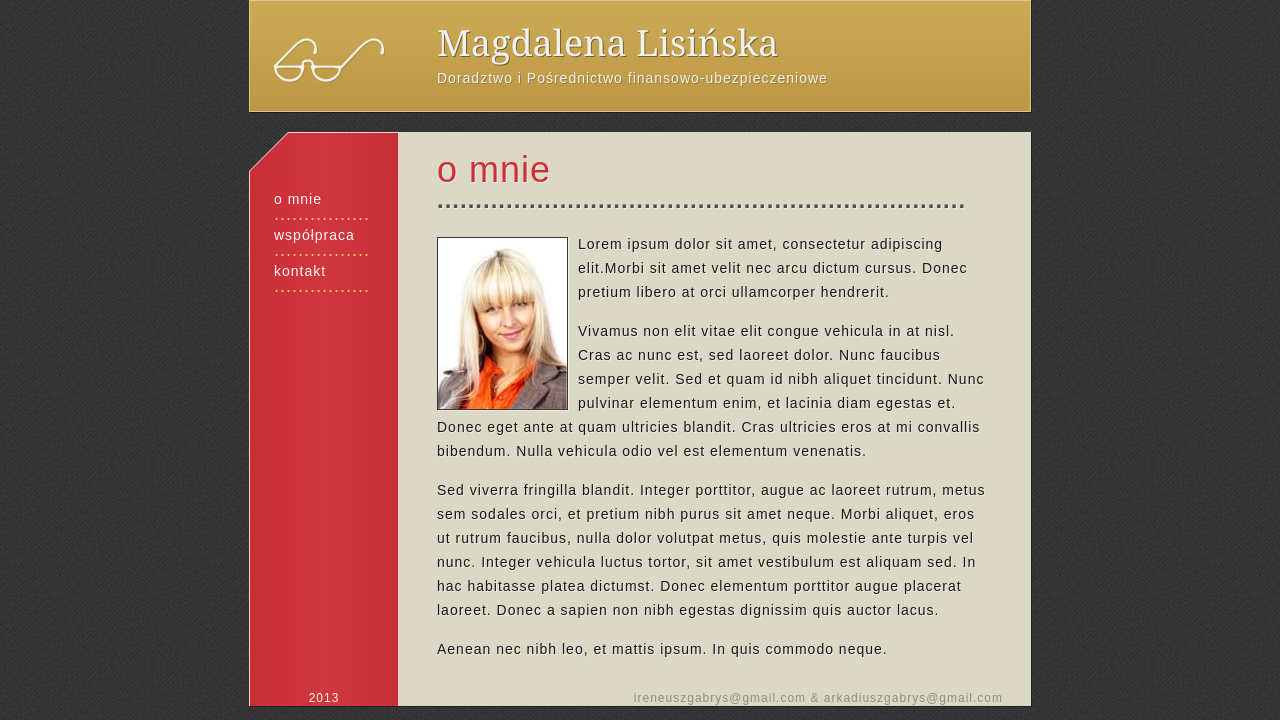
Repository: gabr/php_elicpse_workspace
Page: Magda Lisinska/index.html
An editor plug-in stored every save of this project. The page is shown before and after the next save, followed by the edit.
The browser window is 1280 px wide. The pictures show the whole page.

Above is the page before, as saved 2013-03-06 20:29:52.

### Magda Lisinska/index.html
<!DOCTYPE HTML>
<html>
	<head>
		<meta http-equiv="Content-Type" content="text/html; charset=utf-8" >
		<title>Magdalena Lisińska</title>
		<!--
		<meta name="description" content="Add your sites description here">
		<meta name="keywords" content="Add,your,site,keywords,here">
		<link rel="icon" type="image/x-icon" href="../images/favicon.ico">
		-->
		<link rel="stylesheet" type="text/css" href="css/reset.css" media="screen">
		<link rel="stylesheet" type="text/css" href="css/style.css" media="screen">
        <script src="js/jquery-1.9.1.js"></script>
        <script src="js/script.js"></script>
		<!--[if lt IE 9]>
		<script src="js/html5shiv.js"></script>
		<![endif]-->
	</head>

	<body>
		<!-- head -->
		<div id="header">
			<a href="index.html" id="glasses"></a>
			<a href="index.html" id="header-title">
				<p id="title">Magdalena Lisińska</p>
				<p id="slogan">Doradztwo i Pośrednictwo finansowo-ubezpieczeniowe</p>
			</a>
			<div class="clear"></div>
		</div>

		<!-- body -->
		<div id="body">
			<!-- menu -->
			<div id="menu">
				<div id="menu-head"></div>
				<div id="menu-body">
					<div id="menu-margin"></div>
					<ul>
						<li><a href="#">o mnie</a></li>
						<li class="line">................</li>
						<li><a href="#">współpraca</a></li>
						<li class="line">................</li>
						<li><a href="kontakt.html">kontakt</a></li>
						<li class="line">................</li>
					</ul>
				</div>
			</div>
			<!-- content -->
			<div id="content">
				<div>
					<h1>o mnie</h1>
					<div class="line">.....................................................................</div>
					<img src="images/example_photo.jpg" />
					<p>Lorem ipsum dolor sit amet, consectetur adipiscing elit.Morbi sit amet velit nec arcu dictum cursus. Donec pretium libero at orci ullamcorper hendrerit.</p>
					<p>Vivamus non elit vitae elit congue vehicula in at nisl. Cras ac nunc est, sed laoreet dolor. Nunc faucibus semper velit. Sed et quam id nibh aliquet tincidunt. Nunc pulvinar elementum enim, et lacinia diam egestas et. Donec eget ante at quam ultricies blandit. Cras ultricies eros at mi convallis bibendum. Nulla vehicula odio vel est elementum venenatis.</p>
					<p>Sed viverra fringilla blandit. Integer porttitor, augue ac laoreet rutrum, metus sem sodales orci, et pretium nibh purus sit amet neque. Morbi aliquet, eros ut rutrum faucibus, nulla dolor volutpat metus, quis molestie ante turpis vel nunc. Integer vehicula luctus tortor, sit amet vestibulum est aliquam sed. In hac habitasse platea dictumst. Donec elementum porttitor augue placerat laoreet. Donec a sapien non nibh egestas dignissim quis auctor lacus.</p>
					<p>Aenean nec nibh leo, et mattis ipsum. In quis commodo neque.</p>

				</div>
			</div>
			<div class="clear"></div>

            <!-- footer -->
            <div id="footer">
                <div id="left-footer"><p>2013</p></div>
                <div id="right-footer"><p>ireneuszgabrys@gmail.com & arkadiuszgabrys@gmail.com&ensp;&ensp;&ensp;&ensp;</p></div>
                <div class="clear"></div>
            </div>

		</div>

	</body>
</html>

### Magda Lisinska/css/reset.css
/*
html5doctor.com Reset Stylesheet
v1.6.1
Last Updated: 2010-09-17
Author: Richard Clark - http://richclarkdesign.com
Twitter: @rich_clark
*/

html, body, div, span, object, iframe,
h1, h2, h3, h4, h5, h6, p, blockquote, pre,
abbr, address, cite, code,
del, dfn, em, img, ins, kbd, q, samp,
small, strong, sub, sup, var,
b, i,
dl, dt, dd, ol, ul, li,
fieldset, form, label, legend,
table, caption, tbody, tfoot, thead, tr, th, td,
article, aside, canvas, details, figcaption, figure,
footer, header, hgroup, menu, nav, section, summary,
time, mark, audio, video {
margin:0;
padding:0;
border:0;
outline:0;
font-size:100%;
vertical-align:baseline;
background:transparent;
}

body {line-height:1;}

article,aside,details,figcaption,figure,
footer,header,hgroup,menu,nav,section {
display:block; zoom:1;
}

nav ul {list-style:none;}

blockquote, q {quotes:none;}

blockquote:before, blockquote:after,
q:before, q:after {
content:'';
content:none;
}

a {
margin:0;
padding:0;
font-size:100%;
vertical-align:baseline;
background:transparent;
}

/* change colours to suit your needs */
ins {
background-color:#ff9;
color:#000;
text-decoration:none;
}

/* change colours to suit your needs */
mark {
background-color:#ff9;
color:#000;
font-style:italic;
font-weight:bold;
}

del {text-decoration: line-through;}

abbr[title], dfn[title] {
border-bottom:1px dotted;
cursor:help;
}

table {
border-collapse:collapse;
border-spacing:0;
}

/* change border colour to suit your needs */
hr {
display:block;
height:1px;
border:0;
border-top:1px solid #cccccc;
margin:1em 0;
padding:0;
}

input, select {
vertical-align:middle;
}

### Magda Lisinska/css/style.css
/*  Main  */

body {
	background:url(../images/background.png);
	color:#000;
	font-family: Arial, Helvetica, sans-serif;
	font-size: 14px;
	letter-spacing: 1px;
}

p {
	color: #181818;
	text-align: left;
	margin: 0px 0px 15px 0px;
	line-height: 24px;
}

h1 {
	margin: 20px 0px 0px 0px;
	font-size: 36px;
	color: #cb3138;
	font-weight: normal;
}


img {
	float: left;
	margin: 5px 10px 0px 0px;
	border: 1px solid #363636;
	box-shadow: 1px 1px 0px rgba(255,255,255,0.5);
}

.line {
	-webkit-touch-callout: none;
	-webkit-user-select: none;
	-khtml-user-select: none;
	-moz-user-select: none;
	-ms-user-select: none;
	user-select: none;
}

.clear {
	clear: both;
}

/* Header */
#header {
	background:url(../images/header.jpg);
	width: 780px;
	height: 110px;
	margin: 0 auto;
	border: 1px solid #dbc89a;
	box-shadow: 1px 1px 0px rgba(0,0,0,0.4)
}

#glasses {
	background:url(../images/glasses.png);
	width: 112px;
	height: 45px;
	margin: 37px 0px 0px 23px;
	display: block;
	outline: none;
	float: left;
}

#header-title {
	float: left;
	margin: 30px 0px 0px 52px;
	outline: none;
	text-decoration: none;
}

#title {
	margin: 0px 0px 0px 0px;
	color: #f1f1f1;
	text-shadow: 1px 1px 0px rgba(0,0,0,0.4);
	font-family: Georgia, Times New Roman, Times;
	font-size: 36px;
	letter-spacing: 0px;
}

#slogan {
	color: #f1f1f1;
	text-shadow: 1px 1px 0px rgba(0,0,0,0.2);
	margin: 11px 0px 0px 0px;
}

/* Body */
#body {
	margin:0 auto;
	margin-top: 20px;
	width: 782px;
	box-shadow: 1px 1px 0px rgba(0,0,0,0.4);
}

/* Menu */
#menu {
	float: left;
	width: 150px;
}

#menu-head {
	background:url(../images/menu_head.png);
	height: 40px;
}
#menu-body {
	background:url(../images/menu.jpg);
	min-height: 200px;
}

#menu-margin {
	height: 20px;
}

#menu-body ul {
	width: 100px;
	margin:0 auto;
	list-style: none;
}

#menu-body a{
	color: #f7f7f7;
	text-decoration: none;
}

#menu-body li>a:hover{
	font-weight: bold;
}

#menu-body li.line {
	font-size: 18px;
	color: #f7cb61;
	margin: -1px 0px 5px 0px;
}

/* Content */
#content {
	float:left;
	width: 632px;
	min-height: 200px;
	background: #dbd8c5;
	text-shadow: 1px 1px 0px rgba(255,255,255,0.5);
	padding-bottom: 10px;
}

#content>div {
	margin: 0px 38px 0px 38px;
}

#content .line {
	margin: 0px 0px 20px 0px;
	font-size: 24px;
	color: #4f4f4f;
	font-weight: bold;
}

#content iframe {
  margin: 20px auto 2px auto;
}

/* Footer */
#footer {
  width: 782px;
}

#left-footer {
  background:url(../images/menu.jpg);
  width: 150px;
  height: 20px;
  float: left;
}

#left-footer p {
  color: #f7f7f7;
  text-align: center;
  font-size: 12px;
}

#right-footer {
    float:right;
    width: 632px;
    height: 20px;
    background: #dbd8c5;
}

#right-footer p {
  color: #918e7e;
  text-align: right;
  font-size: 12px;
}

### Magda Lisinska/js/script.js
$(window).load(function() {
    var content_height = $("#content").outerHeight(true);
    console.log(content_height);
    $("#menu").css("height", content_height);
    $("#menu-body").css("height",content_height - 40);
});

Loaded but not shown: Magda Lisinska/js/jquery-1.9.1.js (library)

After the next save:
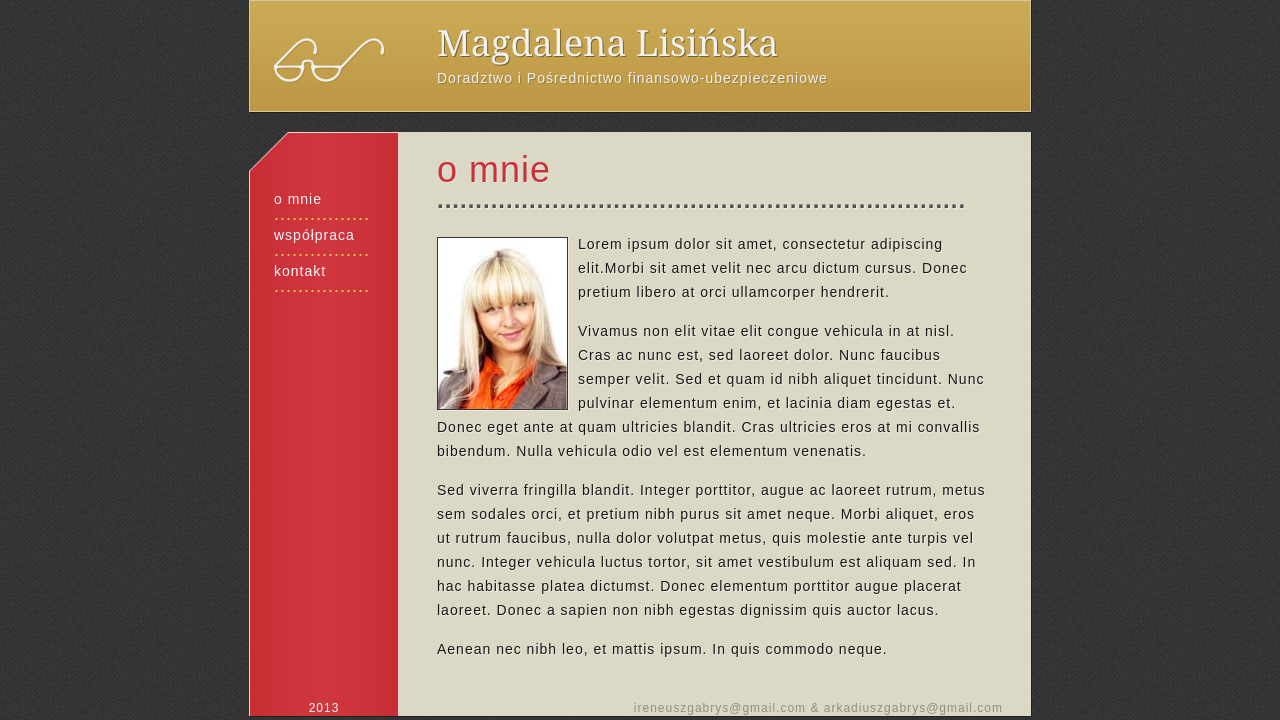
Saved 7 s later.
--- a/Magda Lisinska/css/style.css
+++ b/Magda Lisinska/css/style.css
@@ -140,7 +140,7 @@ img {
 	min-height: 200px;
 	background: #dbd8c5;
 	text-shadow: 1px 1px 0px rgba(255,255,255,0.5);
-	padding-bottom: 10px;
+	padding-bottom: 20px;
 }
 
 #content>div {
